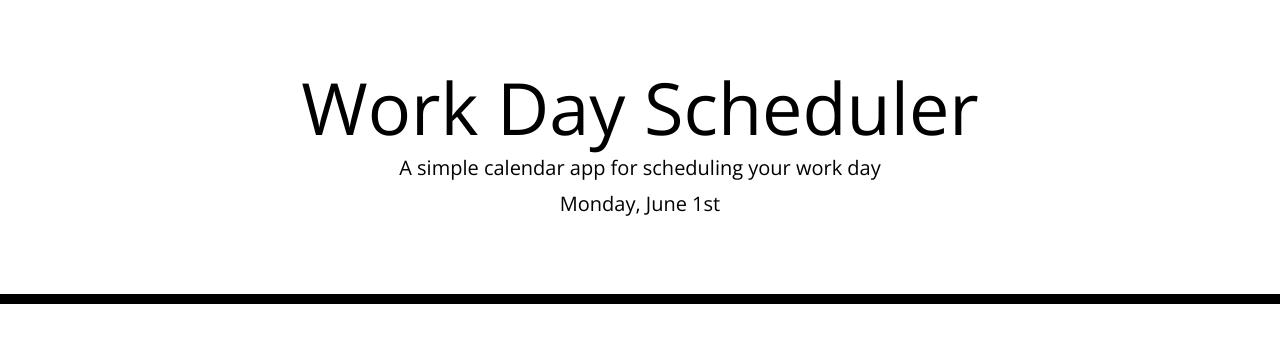
Repository: dtierney21/work-day-scheduler
Page: index.html
These files come from the project's save history. The page is drawn as it stood at one moment and after the next save; the edit follows.
The browser window is 1280 px wide. The pictures show the whole page.
Some web libraries are served in a nearby version.

Above is the page before, as saved 2022-06-28 11:22:07.

### index.html
<!DOCTYPE html>
<html lang="en">
  <head>
    <meta charset="UTF-8" />
    <meta name="viewport" content="width=device-width, initial-scale=1.0" />
    <meta http-equiv="X-UA-Compatible" content="ie=edge" />
    <link
      rel="stylesheet"
      href="https://stackpath.bootstrapcdn.com/bootstrap/4.3.1/css/bootstrap.min.css"
    />
    <link
      rel="stylesheet"
      href="https://use.fontawesome.com/releases/v5.8.1/css/all.css"
      integrity="sha384-50oBUHEmvpQ+1lW4y57PTFmhCaXp0ML5d60M1M7uH2+nqUivzIebhndOJK28anvf"
      crossorigin="anonymous"
    />
    <link
      href="https://fonts.googleapis.com/css?family=Open+Sans&display=swap"
      rel="stylesheet"
    />
    <link rel="stylesheet" href="./assets/css/style.css" />
    <title>Work Day Scheduler</title>
  </head>

  <body>
    <header class="jumbotron">
      <h1 class="display-3">Work Day Scheduler</h1>
      <p class="lead">A simple calendar app for scheduling your work day</p>
      <p id="currentDay" class="lead"></p>
    </header>
    <div class="container">
      <!-- Timeblocks go here -->
    </div>

    <script src="https://cdnjs.cloudflare.com/ajax/libs/jquery/3.2.1/jquery.min.js"></script>
    <script src="https://cdnjs.cloudflare.com/ajax/libs/moment.js/2.24.0/moment.min.js"></script>
    <script src="./assets/js/script.js"></script>
  </body>
</html>

### assets/css/style.css
body {
  font-family: 'Open Sans', sans-serif;
  font-size: 16px;
  line-height: 1;
}

textarea {
  background: transparent;
  border: none;
  resize: none;
  color: #000000;
  border-left: 1px solid black;
  padding: 10px;
}

.jumbotron {
  text-align: center;
  background-color: transparent;
  color: black;
  border-radius: 0;
  border-bottom: 10px solid black;
}

.description {
  white-space: pre-wrap;
}

.time-block {
  text-align: center;
  border-radius: 15px;
}

.row {
  white-space: pre-wrap;
  height: 80px;
  border-top: 1px solid white;
}

.hour {
  background-color: #ffffff;
  color: #000000;
  border-top: 1px dashed #000000;
}

.past {
  background-color: #d3d3d3;
  color: white;
}

.present {
  background-color: #ff6961;
  color: white;
}

.future {
  background-color: #77dd77;
  color: white;
}

.saveBtn {
  border-left: 1px solid black;
  border-top-right-radius: 15px;
  border-bottom-right-radius: 15px;
  background-color: #06aed5;
  color: white;
}

.saveBtn i:hover {
  font-size: 20px;
  transition: all 0.3s ease-in-out;
}

### assets/js/script.js
var currentDayEl = document.querySelector('#currentDay');
var today = moment().format('dddd, MMMM do');
var now = moment();
console.log(now);

currentDayEl.textContent = today;

After the next save:
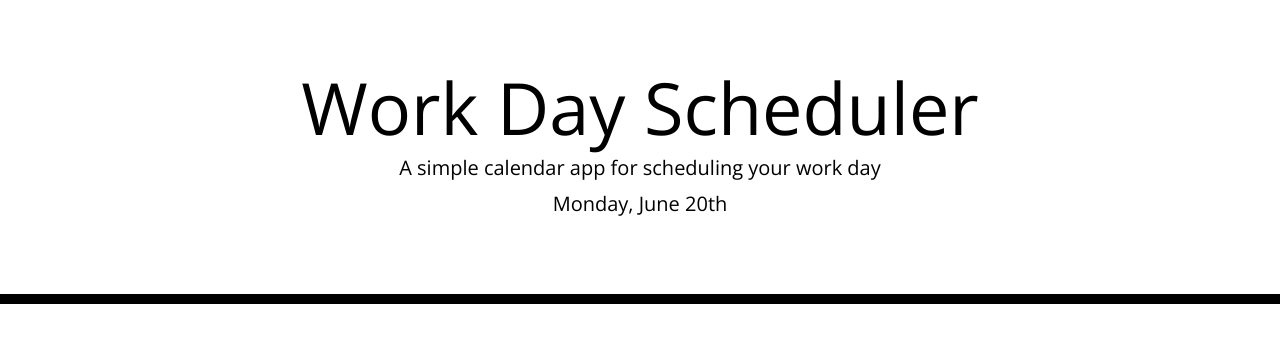
Saved 66 s later.
--- a/assets/js/script.js
+++ b/assets/js/script.js
@@ -1,6 +1,8 @@
-var currentDayEl = document.querySelector('#currentDay');
-var today = moment().format('dddd, MMMM do');
 var now = moment();
 console.log(now);
 
+var currentDayEl = document.querySelector('#currentDay');
+var today = moment().format('dddd, MMMM Do');
+
+
 currentDayEl.textContent = today;
